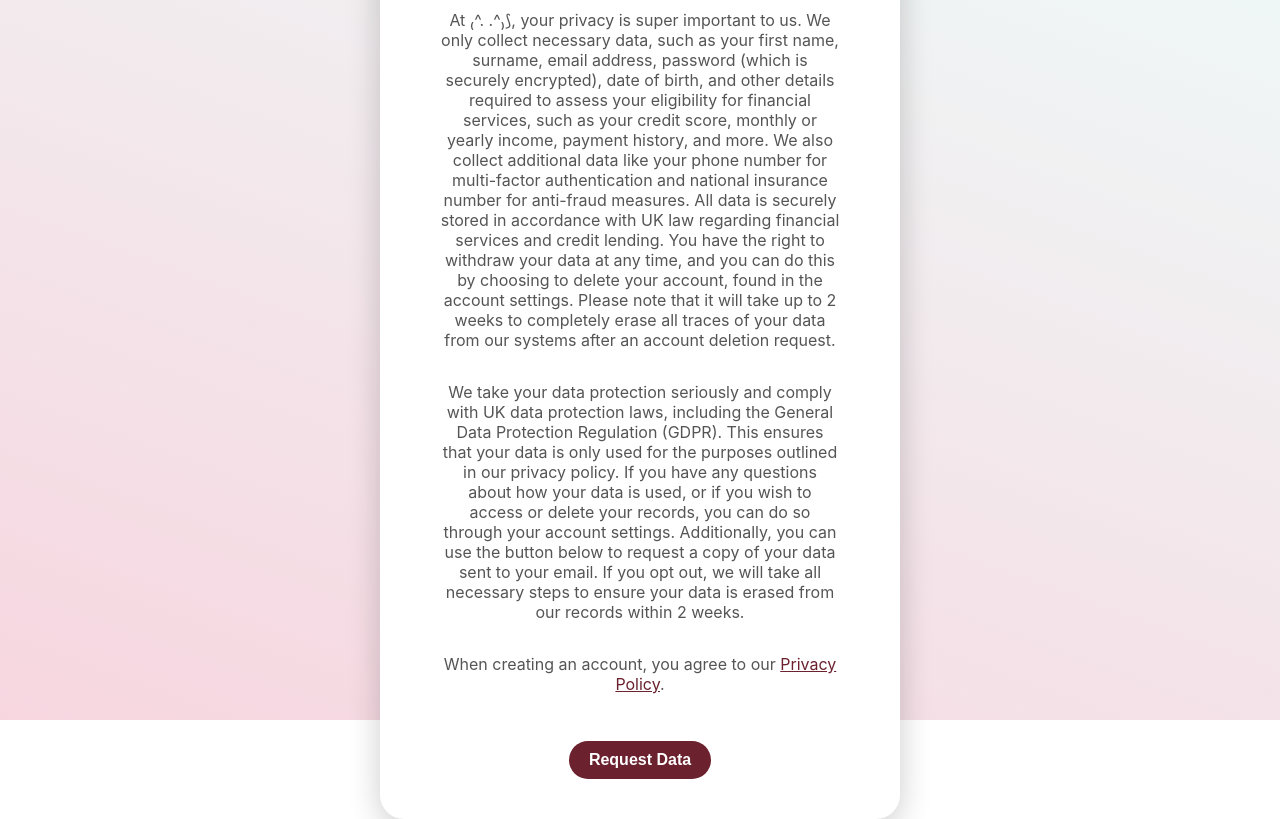
Repository: aab232/https---github.com-aab232-Deferred-Payment-Platform
Page: /privacy (app in frontend/)
The author's editor kept a copy of each file at every save. The page is drawn from the files as they stood at one save, then again after the next save.
The browser window is 1280 px wide. The pictures show the whole page.
The project was rebuilt for these pictures with package versions that can differ from the ones it lists, and the page was loaded fresh each time. Also part of the build but not shown: frontend/src/components/Home.js, frontend/src/components/Register.js, frontend/src/components/Login.js, frontend/src/components/Main.css, frontend/src/components/Main.js, frontend/src/components/BackButton.css, frontend/src/components/BackButton.js, frontend/src/components/Settings.js.

Above is the page before, as saved 2025-04-01 02:08:53.

After the next save:
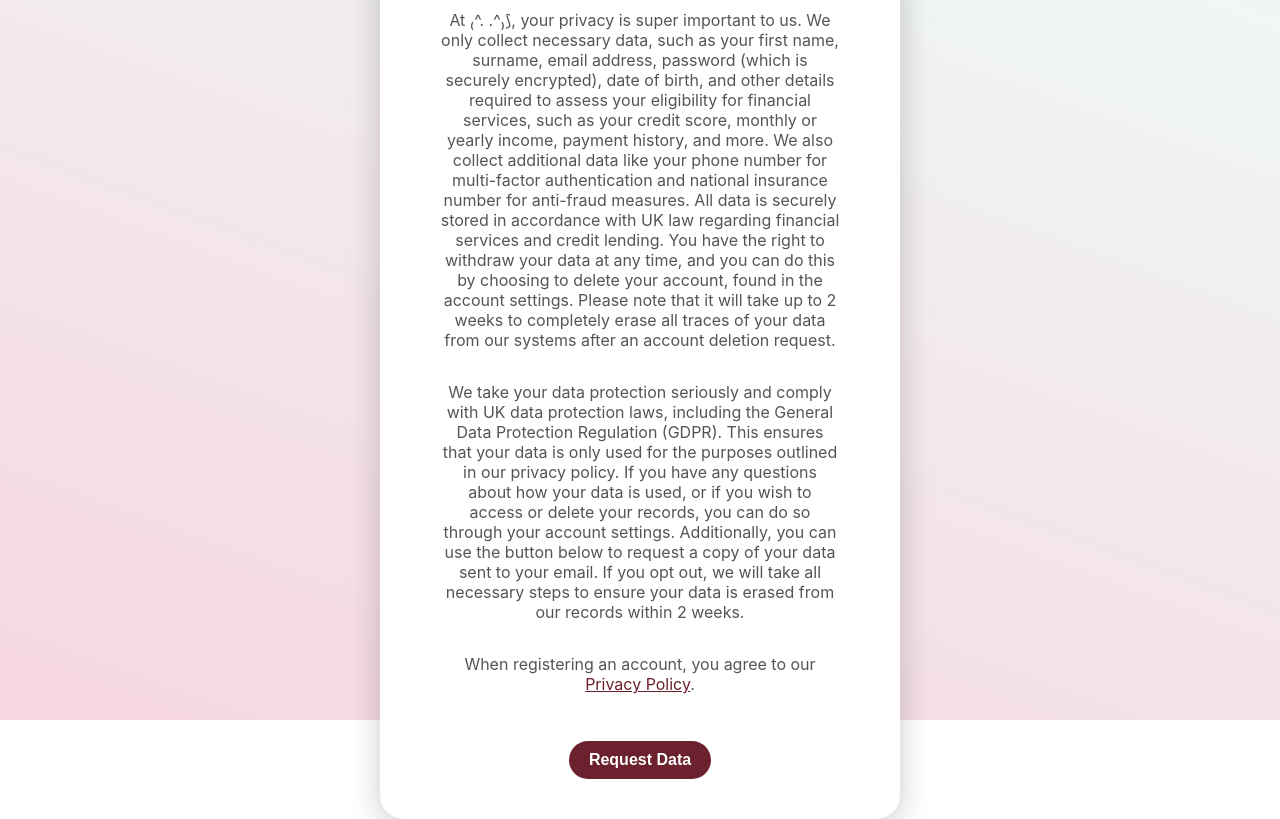
Saved 21 s later.
--- a/frontend/src/components/Privacy.js
+++ b/frontend/src/components/Privacy.js
@@ -11,7 +11,7 @@ const Privacy = () => {
 
         <p>We take your data protection seriously and comply with UK data protection laws, including the General Data Protection Regulation (GDPR). This ensures that your data is only used for the purposes outlined in our privacy policy. If you have any questions about how your data is used, or if you wish to access or delete your records, you can do so through your account settings. Additionally, you can use the button below to request a copy of your data sent to your email. If you opt out, we will take all necessary steps to ensure your data is erased from our records within 2 weeks.</p>
 
-        <p>When creating an account, you agree to our <span className="link">Privacy Policy</span>.</p>
+        <p>When registering an account, you agree to our <span className="link">Privacy Policy</span>.</p>
         <button class="request-data-btn">Request Data</button>
       </div>
     </div>
